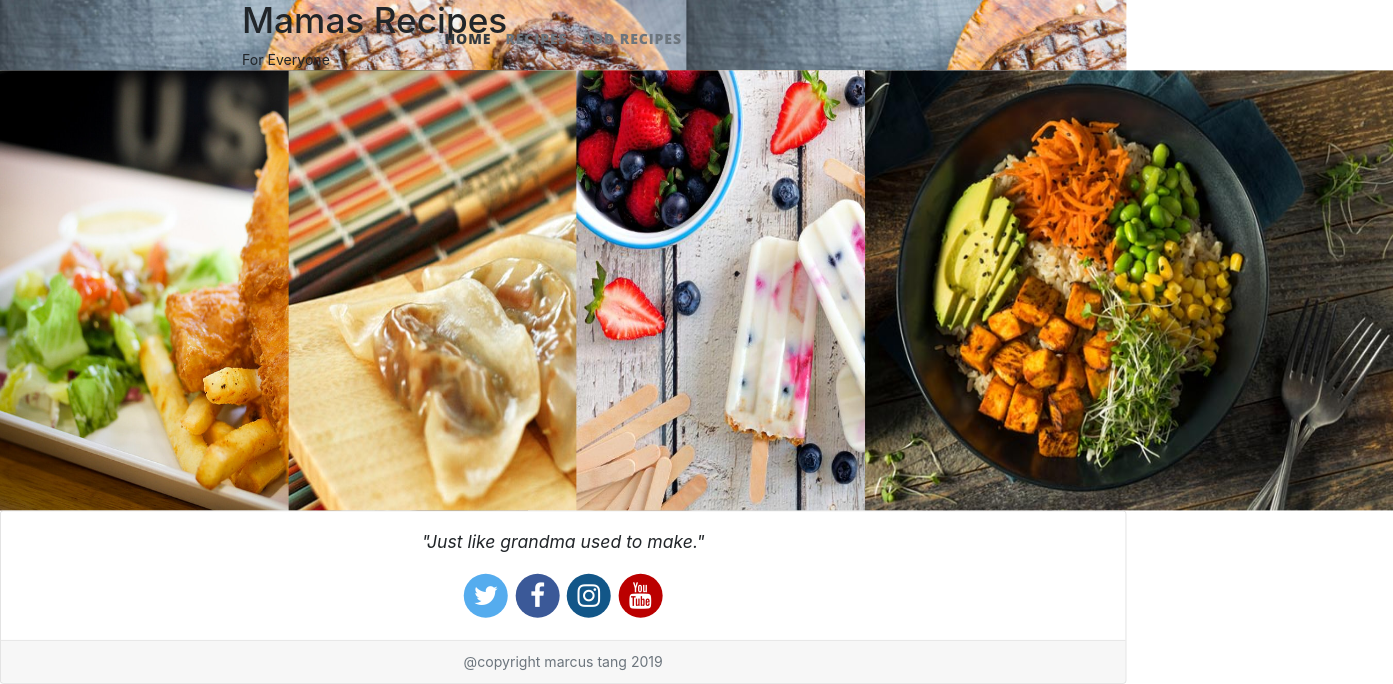
Repository: marstangg/mamasrecipes
Page: templates/index.html
The author's editor kept a record of every edit. The page is drawn from the files as they stood at one moment, then again after the next edit.
The browser window is 1280 px wide. The page is 1583 px wide, so the pictures cover 1583 px, including what lies to the right of the window. The pictures show the whole page, at 88% of full size.
Some web libraries are served in a nearby version. The template is drawn by Flask 3. The application's start-up code is not run. The template is opened directly, without the code that normally fills it, so the values that code supplies are empty.

Above is the page before.

After the next edit:
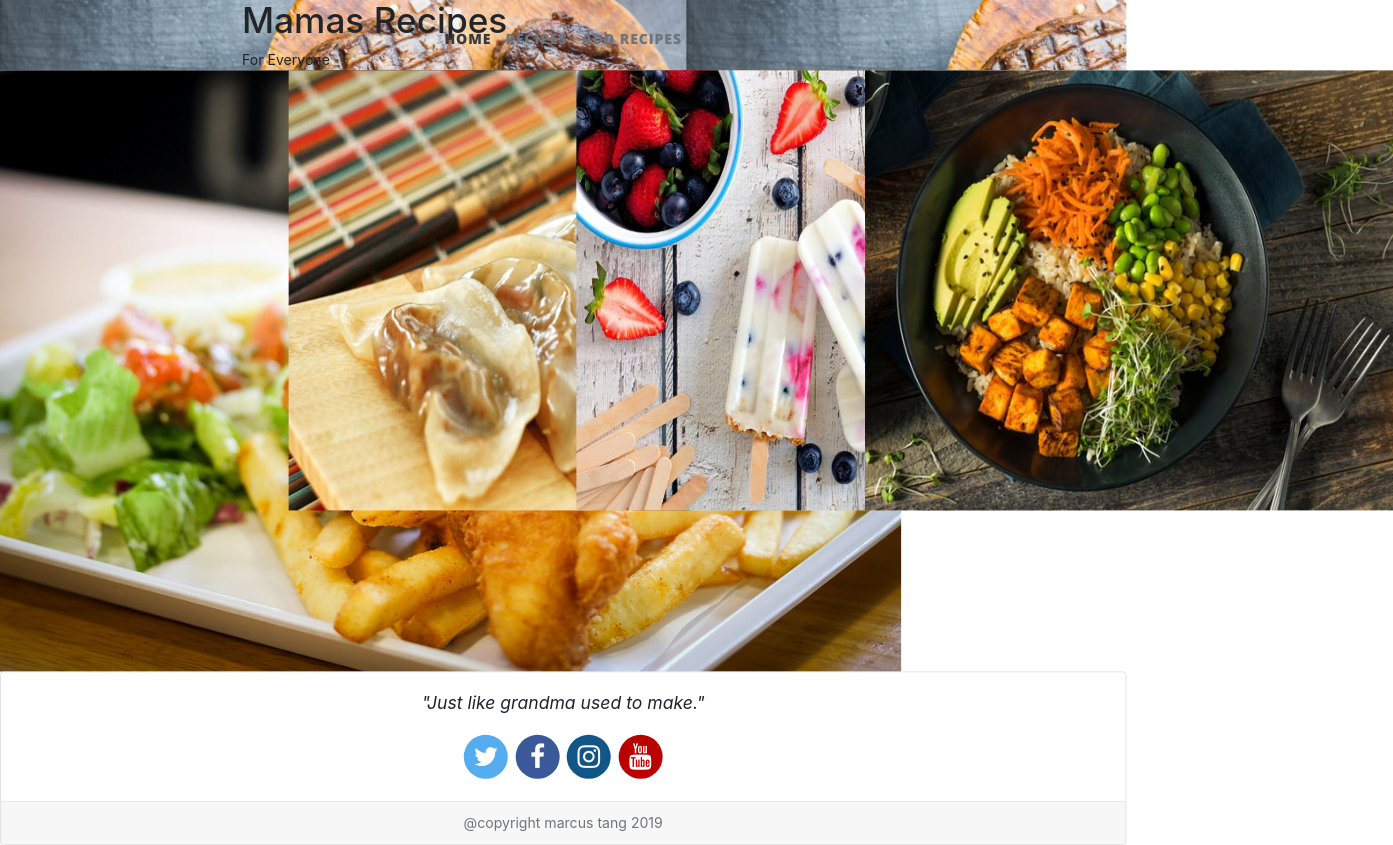
The edit:
--- a/templates/index.html
+++ b/templates/index.html
@@ -18,7 +18,7 @@
   <!--Listing-->
   <div class="row">
     <div class="col-3">
-      <img src="static/img/western.jpg" alt="western" width="600" height="500">
+      <img src="static/img/western.jpg" alt="western"  height="auto">
     </div>
     <div class="col-3">
       <img src="static/img/gyoza.jpg" alt="asian" width="600" height="500">
